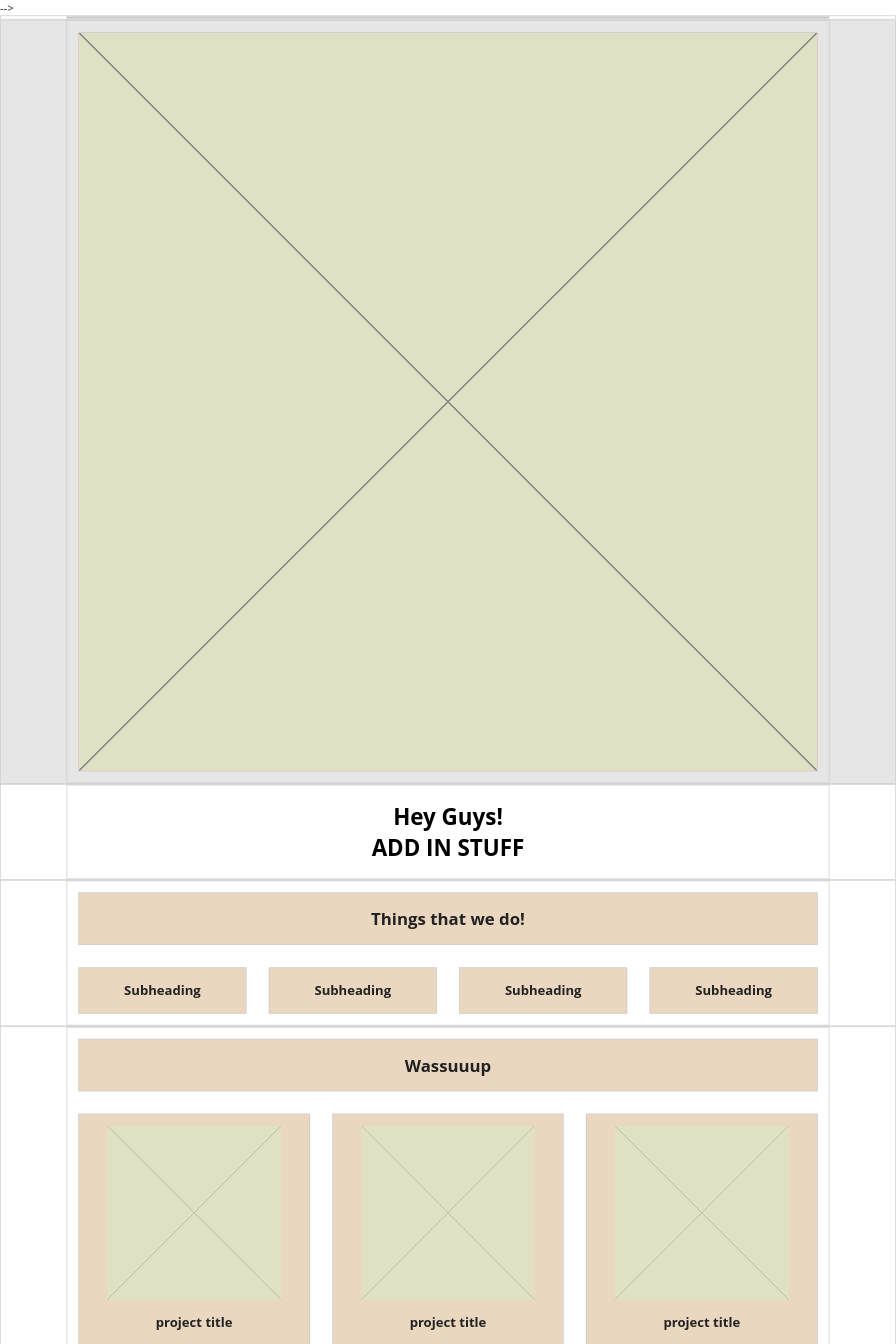
Repository: eilidhma/metrolics
Page: index.html
These files come from the project's save history. The page is drawn as it stood at one moment and after the next save; the edit follows.
The browser window is 1280 px wide. The pictures show the part of the page from y = 0 to 1920 px (the page is 3398 px tall before and 3430 px after), at 70% of full size.

Above is the page before, as saved 2021-02-02 17:53:03.

### index.html
<!doctype html>
<html class="no-js" lang="en">

<head>
  <meta charset="utf-8">
  <title>Metrolics</title>
  <meta name="description" content="">
  <meta name="viewport" content="width=device-width, initial-scale=1">

  <meta property="og:title" content="">
  <meta property="og:type" content="">
  <meta property="og:url" content="">
  <meta property="og:image" content="">

  <link rel="manifest" href="site.webmanifest">
  <link rel="apple-touch-icon" href="icon.png">
  <!-- Place favicon.ico in the root directory -->

  <link rel="stylesheet" href="css/normalize.css">
  <link rel="stylesheet" href="css/main.css">

  <meta name="theme-color" content="#fafafa">
</head>


<!-- <body class="page__home">
  <header class="page__header">
    <div class="page__title">
      <h1 class="large__headings">Metrolics</h1>
      <img src="" alt="metrolics__logo" class="header__icon">
    </div>
    <nav class="page__navigation">
      <ul class="navigation__section">
        <li class="navigation_items">
          <img src="" alt="home__icon" class="nav__icons">
          <p class="nav__titles">Home</p>
        </li>
        <li class="navigation_items">
          <img src="" alt="pages__icon" class="nav__icons">
          <p class="nav__titles">Pages</p>
        </li>
        <li class="navigation_items">
          <img src="" alt="blog__icon" class="nav__icons">
          <p class="nav__titles">Blog</p>
        </li>
        <li class="navigation_items">
          <img src="" alt="portfolio__icon" class="nav__icons">
          <p class="nav__titles">Portfolio</p>
        </li>
        <li class="navigation_items">
          <img src="" alt="mail__icon" class="nav__icons">
          <p class="nav__titles">Home</p>
        </li>
      </ul>
    </nav>
  </header>

  <section class="hero__section">
    <img src="" alt="hero__images">
    <ul class="hero__headings">
      <li>
        <div class="hero__headings__colour1"></div>
        <h2 class="medium__headings">Metro Style</h2>
      </li>
      <li>
        <div class="hero__headings__colour2"></div>
        <h2 class="medium__headings">Retina Ready</h2>
      </li>
      <li>
        <div class="hero__headings__colour3"></div>
        <h2 class="medium__headings">Responsive Design</h2>
      </li>
    </ul>
    <a class="prev" onclick="">
      <img src="" alt="previous button" class="prev__icon">
    </a>
    <a class="next" onclick="">
      <img src="" alt="next button" class="next__icon">
    </a>
  </section>

  <main class="page__main">
    <div class="page__intro">
      <div class="row">
        <h1 class="large__headings">Hey guys! This is the Metrolics theme. <br>
        It sports a responsive layout with a mobile layout.</h1>
      </div>
    </div>
    <section class="main__content__four__columns">
      <h2 class="medium__headings">Things That We Do</h2>
      <p class="main__text">Ask us what we can do for you</p>
      <div class="four__column__item">
        <img src="" alt="icon" class="four__column__icon">
        <h3 class="four__column__headers">Web Solutions</h3>
        <p class="main__text">"Lorem ipsum dolor sit amet, consectetur adipiscing elit, sed do eiusmod tempor incididunt ut labore et dolore magna aliqua. Ut enim ad minim veniam, quis nostrud exercitation ullamco laboris nisi ut aliquip ex ea commodo consequat."Lorem ipsum dolor sit amet, consectetur adipiscing elit, sed do eiusmod tempor incididunt ut labore et dolore magna aliqua. Ut enim ad minim veniam, quis nostrud exercitation ullamco laboris nisi ut aliquip ex ea commodo consequat.</p>
      </div>
      <div class="four__column__item">
        <img src="" alt="icon" class="four__column__icon">
        <h3 class="four__column__headers">Photography</h3>
        <p class="main__text">"Lorem ipsum dolor sit amet, consectetur adipiscing elit, sed do eiusmod tempor incididunt ut labore et dolore magna aliqua. Ut enim ad minim veniam, quis nostrud exercitation ullamco laboris nisi ut aliquip ex ea commodo consequat."Lorem ipsum dolor sit amet, consectetur adipiscing elit, sed do eiusmod tempor incididunt ut labore et dolore magna aliqua. Ut enim ad minim veniam, quis nostrud exercitation ullamco laboris nisi ut aliquip ex ea commodo consequat.</p>
      </div>
      <div class="four__column__item">
        <img src="" alt="icon" class="four__column__icon">
        <h3 class="four__column__headers">Web Development</h3>
        <p class="main__text">"Lorem ipsum dolor sit amet, consectetur adipiscing elit, sed do eiusmod tempor incididunt ut labore et dolore magna aliqua. Ut enim ad minim veniam, quis nostrud exercitation ullamco laboris nisi ut aliquip ex ea commodo consequat."Lorem ipsum dolor sit amet, consectetur adipiscing elit, sed do eiusmod tempor incididunt ut labore et dolore magna aliqua. Ut enim ad minim veniam, quis nostrud exercitation ullamco laboris nisi ut aliquip ex ea commodo consequat.</p>
      </div>
      <div class="four__column__item">
        <img src="" alt="icon" class="four__column__icon">
        <h3 class="four__column__headers">Web Design</h3>
        <p class="main__text">"Lorem ipsum dolor sit amet, consectetur adipiscing elit, sed do eiusmod tempor incididunt ut labore et dolore magna aliqua. Ut enim ad minim veniam, quis nostrud exercitation ullamco laboris nisi ut aliquip ex ea commodo consequat."Lorem ipsum dolor sit amet, consectetur adipiscing elit, sed do eiusmod tempor incididunt ut labore et dolore magna aliqua. Ut enim ad minim veniam, quis nostrud exercitation ullamco laboris nisi ut aliquip ex ea commodo consequat.</p>
      </div>
    </section>

    <h2 class="medium__headings">What's Up Lately?</h2>
    <p class="main__text">Read up on our latest work</p>

    <section class="main__content__three__columns">
      <div class="three__column__item">
        <img src="" alt="image" class="content__image">
        <div class="corner__content">
          <h3 class="three__column__headers">29</h3>
          <h6 class="subtext">Nov, 2013</h6>
        <div class="content__caption">
          <h3 class="content__title">Sample Image Post</h3>
          <p class="content__text">Photography</p>
        </div>
        </div>
      </div>
      <div class="three__column__item">
        <img src="" alt="image" class="content__image">
        <div class="corner__content">
          <h3 class="three__column__headers">29</h3>
          <h6 class="subtext">Nov, 2013</h6>
        </div>
        <div class="content__caption">
          <h3 class="content__title">Sample Image Post</h3>
          <p class="content__text">Photography</p>
        </div>
      </div>
      <div class="three__column__item">
        <img src="" alt="image" class="content__image">
        <div class="corner__content">
          <h3 class="three__column__headers">29</h3>
          <h6 class="subtext">Nov, 2013</h6>
        </div>
        <div class="content__caption">
          <h3 class="content__title">Sample Image Post</h3>
          <p class="content__text">Photography</p>
        </div>
      </div>
    </section>

   <hr>

    <h2 class="medium__headings">Our Latest Projects</h2>
    <p class="main__text">Client happy? We are happy</p>

    <section class="main__content__six__columns">
      <div class="six__column__item">
        <img src="" alt="image" class="content__image">
        <div class="content__caption">
          <h3 class="content__title">Sample Image Post</h3>
          <p class="content__text">Photography</p>
        </div>
      </div>
      <div class="six__column__item">
        <div class="content__caption">
          <h3 class="content__title">Sample Image Post</h3>
          <p class="content__text">Photography</p>
        </div>
      </div>
      <div class="six__column__item">
        <div class="content__caption">
          <h3 class="content__title">Sample Image Post</h3>
          <p class="content__text">Photography</p>
        </div>
      </div>
      <div class="six__column__item">
        <div class="content__caption">
          <h3 class="content__title">Sample Image Post</h3>
          <p class="content__text">Photography</p>
        </div>
      </div>
      <div class="six__column__item">
        <div class="content__caption">
          <h3 class="content__title">Sample Image Post</h3>
          <p class="content__text">Photography</p>
        </div>
      </div>
      <div class="six__column__item">
        <div class="content__caption">
          <h3 class="content__title">Sample Image Post</h3>
          <p class="content__text">Photography</p>
        </div>
      </div>
    </section>

    <h2 class="medium__headings">Thingsofabove</h2>
    <p class="main__text">Misc stuff we could not put anywhere else</p>

    <section class="detailed_content">
      <div class="menus">
        <details class="menus__items">
          <summary class="menu__titles">Sample Accordion Menu</summary>
          <img src="" alt="menu item icon" class="menu__icons">
          <h4 class="menu__content__titles">Web Solution</h4>
          <p class="menu__content__text">"Lorem ipsum dolor sit amet, consectetur adipiscing elit, sed do eiusmod tempor incididunt ut labore et dolore magna aliqua. Ut enim ad minim veniam, quis nostrud exercitation ullamco laboris nisi ut aliquip ex ea commodo consequat."Lorem ipsum dolor sit amet, consectetur adipiscing elit, sed do eiusmod tempor incididunt ut labore et dolore magna aliqua. Ut enim ad minim veniam, quis nostrud exercitation ullamco laboris nisi ut aliquip ex ea commodo consequat.</p>
        </details>
        <details class="menus__items">
          <summary class="menu__titles">Sample Accordion Menu 2</summary>
          <img src="" alt="menu item icon" class="menu__icons">
          <h4 class="menu__content__titles"></h4>
          <p class="menu__content__text"></p>
        </details>
        <details class="menus__items">
          <summary class="menu__titles">Sample Accordion Menu 3</summary>
          <img src="" alt="menu item icon" class="menu__icons">
          <h4 class="menu__content__titles"></h4>
          <p class="menu__content__text"></p>
        </details>
      </div>
      <div class="tabs">
        <nav class="tab__nav">
          <button class="tab__buttons" onclick="">Tab1</button>
          <button class="tab__buttons" onclick="">Tab2</button>
          <button class="tab__buttons" onclick="">Tab3</button>
        </nav>
        <div class="tab__content">
          <div class="tab__items">
            <img src="" alt="icon" class="tab__icons">
            <p class="tab__text">"Lorem ipsum dolor sit amet, consectetur adipiscing elit, sed do eiusmod tempor incididunt ut labore et dolore magna aliqua. Ut enim ad minim veniam, quis nostrud exercitation ullamco laboris nisi ut aliquip ex ea commodo consequat. </p>
          </div>
          <div class="tab__items">
            <img src="" alt="icon" class="tab__icons">
            <p class="tab__text">"Lorem ipsum dolor sit amet, consectetur adipiscing elit, sed do eiusmod tempor incididunt ut labore et dolore magna aliqua. Ut enim ad minim veniam, quis nostrud exercitation ullamco laboris nisi ut aliquip ex ea commodo consequat. </p>
          </div>
          <div class="tab__items">
            <img src="" alt="icon" class="tab__icons">
            <p class="tab__text">"Lorem ipsum dolor sit amet, consectetur adipiscing elit, sed do eiusmod tempor incididunt ut labore et dolore magna aliqua. Ut enim ad minim veniam, quis nostrud exercitation ullamco laboris nisi ut aliquip ex ea commodo consequat. </p>
          </div>
          <div class="tab__items">
            <img src="" alt="icon" class="tab__icons">
            <p class="tab__text">"Lorem ipsum dolor sit amet, consectetur adipiscing elit, sed do eiusmod tempor incididunt ut labore et dolore magna aliqua. Ut enim ad minim veniam, quis nostrud exercitation ullamco laboris nisi ut aliquip ex ea commodo consequat. </p>
          </div>
        </div>
      </div>
    <article class="brand_ads">
      <img src="" alt="image" class="brand__images">
      <img src="" alt="image" class="brand__images">
      <img src="" alt="image" class="brand__images">
      <img src="" alt="image" class="brand__images">
      <img src="" alt="image" class="brand__images">
    </article>
    </section>
  </main>

  <footer class="footer">
    <section class="footer__top">
      <img src="" alt="image" class="footer__top__image">
      <div>
        <h5 class="footer__top__title">Peewee Herman</h5>
        <p class="footer__top__text">Peewee has over 10 years experience in the industry. He is our Creative Director, digital designer, web designer and front-end developer. He is also pretty good with a sketch-book. Before starting the company Peewee worked as a designer and studio manager for a design house who boasted a number of big name clients.</p>
      </div>
    </section>

    <hr>

    <section class="footer__main">
      <div class="footer__main__content">
        <h3 class="content__title">About Us</h3>
        <hr>
        <p class="footer__text"></p>
        <div class="footer__icons__container">
          <img src="" alt="icon" class="footer__icons">
          <img src="" alt="icon" class="footer__icons">
          <img src="" alt="icon" class="footer__icons">
          <img src="" alt="icon" class="footer__icons">
          <img src="" alt="icon" class="footer__icons">
        </div>
      </div>
      <div class="footer__main__content">
        <h3 class="content__title">Flickr Photos</h3>
        <hr>
        <div class="footer__images__container">
          <img src="" alt="image" class="footer__images">
          <img src="" alt="image" class="footer__images">
          <img src="" alt="image" class="footer__images">
          <img src="" alt="image" class="footer__images">
          <img src="" alt="image" class="footer__images">
          <img src="" alt="image" class="footer__images">
        </div>
      </div>
      <div class="footer__main__content">
        <h3 class="content__title">Recent Tweets</h3>
        <hr>
        <div class="footer__sub__content">
          <img src="" alt="icon" class="footer__sub__content__icons">
          <p class="footer__text"></p>
        </div>
      </div>
      <div class="footer__main__content">
        <h3 class="content__title">Newsletter</h3>
        <hr>
        <p class="footer__text"></p>
        <div class="email">
          <input type="email" class="email__input">
          <button class="email__send"></button>
        </div>
      </div>
    </section>

    <section class="footer__bottom">
      <div class="footer__bottom__item"></div>
      <div class="footer__bottom__item"></div>
      <div class="footer__bottom__item"></div>
      <div class="footer__bottom__item"></div>
      <div class="footer__bottom__item"></div>
    </section>
  </footer>

  <script src="js/vendor/modernizr-3.11.2.min.js"></script>
  <script src="js/plugins.js"></script>
  <script src="js/main.js"></script>-->

  <!-- Google Analytics: change UA-XXXXX-Y to be your site's ID.  -->
  <script>
    window.ga = function () { ga.q.push(arguments) }; ga.q = []; ga.l = +new Date;
    ga('create', 'UA-XXXXX-Y', 'auto'); ga('set', 'anonymizeIp', true); ga('set', 'transport', 'beacon'); ga('send', 'pageview')
  </script>
  <script src="https://www.google-analytics.com/analytics.js" async></script>
</body>   -->

<body class="page page-home">
  <header class="page__header">
    <div class="row">
      <div></div>
    </div>
  </header>

  <div class="page__slider">
    <div class="row">
      <div class="column">
        <img src="img/placeholder.svg" alt="slider placeholder">
      </div>
    </div>
  </div>

  <div class="page__intro">
    <div class="row">
      <h1 class="heading">
      Hey Guys! <br>
      ADD IN STUFF
      </h1>
    </div>
  </div>

  <section class="about">
    <div class="row l-col-4">
      <div class="column span-full">
        <h2 class="heading">
          Things that we do!
        </h2>
      </div>
      <div class="column">
        <h3 class="heading">Subheading</h3>
      </div>
      <div class="column">
        <h3 class="heading">Subheading</h3>
      </div>
      <div class="column">
        <h3 class="heading">Subheading</h3>
      </div>
      <div class="column">
        <h3 class="heading">Subheading</h3>
      </div>
    </div>
  </section>

  <section class="projects--new">
    <div class="row m-col-2 l-col-3">
      <div class="column span-full">
        <h2 class="heading">
          Wassuuup
        </h2>
      </div>
      <div class="column special-project">
        <figure class="project">
          <img src="img/placeholder.svg" alt="placeholder">
          <figcaption class="project__caption">
            <h3 class="heading">project title</h3>
          </figcaption>
        </figure>
      </div>
      <div class="column">
        <figure class="project">
          <img src="img/placeholder.svg" alt="placeholder">
          <figcaption class="project__caption">
            <h3 class="heading">project title</h3>
          </figcaption>
        </figure>
      </div>
      <div class="column">
        <figure class="project">
          <img src="img/placeholder.svg" alt="placeholder">
          <figcaption class="project__caption">
            <h3 class="heading">project title</h3>
          </figcaption>
        </figure>
      </div> <!-- project column ends here -->
    </div>
  </section> <!-- projects-new ends here -->

  <section class="projects">
    <div class="row m-col-2 l-col-3">
      <div class="column span-full">
        <h2 class="heading">
          Wassuuup
        </h2>
      </div>
      <div class="column">
        <figure class="project">
          <img src="img/placeholder.svg" alt="placeholder">
          <figcaption class="project__caption">
            <h3 class="heading">project title</h3>
          </figcaption>
        </figure>
      </div>
      <div class="column">
        <figure class="project">
          <img src="img/placeholder.svg" alt="placeholder">
          <figcaption class="project__caption">
            <h3 class="heading">project title</h3>
          </figcaption>
        </figure>
      </div>
      <div class="column">
        <figure class="project">
          <img src="img/placeholder.svg" alt="placeholder">
          <figcaption class="project__caption">
            <h3 class="heading">project title</h3>
          </figcaption>
        </figure>
      </div>
      <div class="column">
        <figure class="project">
          <img src="img/placeholder.svg" alt="placeholder">
          <figcaption class="project__caption">
            <h3 class="heading">project title</h3>
          </figcaption>
        </figure>
      </div>
      <div class="column">
        <figure class="project">
          <img src="img/placeholder.svg" alt="placeholder">
          <figcaption class="project__caption">
            <h3 class="heading">project title</h3>
          </figcaption>
        </figure>
      </div>
      <div class="column">
        <figure class="project">
          <img src="img/placeholder.svg" alt="placeholder">
          <figcaption class="project__caption">
            <h3 class="heading">project title</h3>
          </figcaption>
        </figure>
      </div>
    </div>
  </section> <!-- projects-new ends here -->

  <section class="thingsofabove">
    <div class="row l-col-2">
      <div class="column span-full">
        <h2 class="heading">
          Things of above
        </h2>
      </div>
      <div class="column">
        <p>GUI element here</p>
      </div>
      <div class="column">
        <p>GUI element here</p>
      </div>
    </div>
  </section>

  <div class="sponsors">
    <div class="row m-col-5">
      <div class="column">
        <img src="img/placeholder.svg" alt="sponsor placeholder">
      </div>
      <div class="column">
        <img src="img/placeholder.svg" alt="sponsor placeholder">
      </div>
      <div class="column">
        <img src="img/placeholder.svg" alt="sponsor placeholder">
      </div>
      <div class="column">
        <img src="img/placeholder.svg" alt="sponsor placeholder">
      </div>
      <div class="column">
        <img src="img/placeholder.svg" alt="sponsor placeholder">
      </div>
    </div>
  </div>

  <footer class="page__footer">
    <div class="row m-col-2 l-col-4">
      <div class="page__footer__intro column span-full">
        <h3 class="heading">
          Peeww Herman intro
        </h3>
      </div>
      <div class="column">
        <h4 class="heading">
          footer subheading
        </h4>
      </div>
      <div class="column">
        <h4 class="heading">
          footer subheading
        </h4>
      </div>
      <div class="column">
        <h4 class="heading">
          footer subheading
        </h4>
      </div>
      <div class="column">
        <h4 class="heading">
          footer subheading
        </h4>
      </div>
    </div>
  </footer>

  <script src="js/vendor/modernizr-3.11.2.min.js"></script>
  <script src="js/plugins.js"></script>
  <script src="js/main.js"></script>

  <!-- Google Analytics: change UA-XXXXX-Y to be your site's ID. -->
  <script>
    window.ga = function () { ga.q.push(arguments) }; ga.q = []; ga.l = +new Date;
    ga('create', 'UA-XXXXX-Y', 'auto'); ga('set', 'anonymizeIp', true); ga('set', 'transport', 'beacon'); ga('send', 'pageview')
  </script>
  <script src="https://www.google-analytics.com/analytics.js" async></script>

</body>


</html>

Loaded but not shown: css/normalize.css (library); js/vendor/modernizr-3.11.2.min.js (library); js/plugins.js (24 lines, source omitted); css/main.css (367 lines, source omitted); js/main.js (no copy from this time; the picture is the same without it)

After the next save:
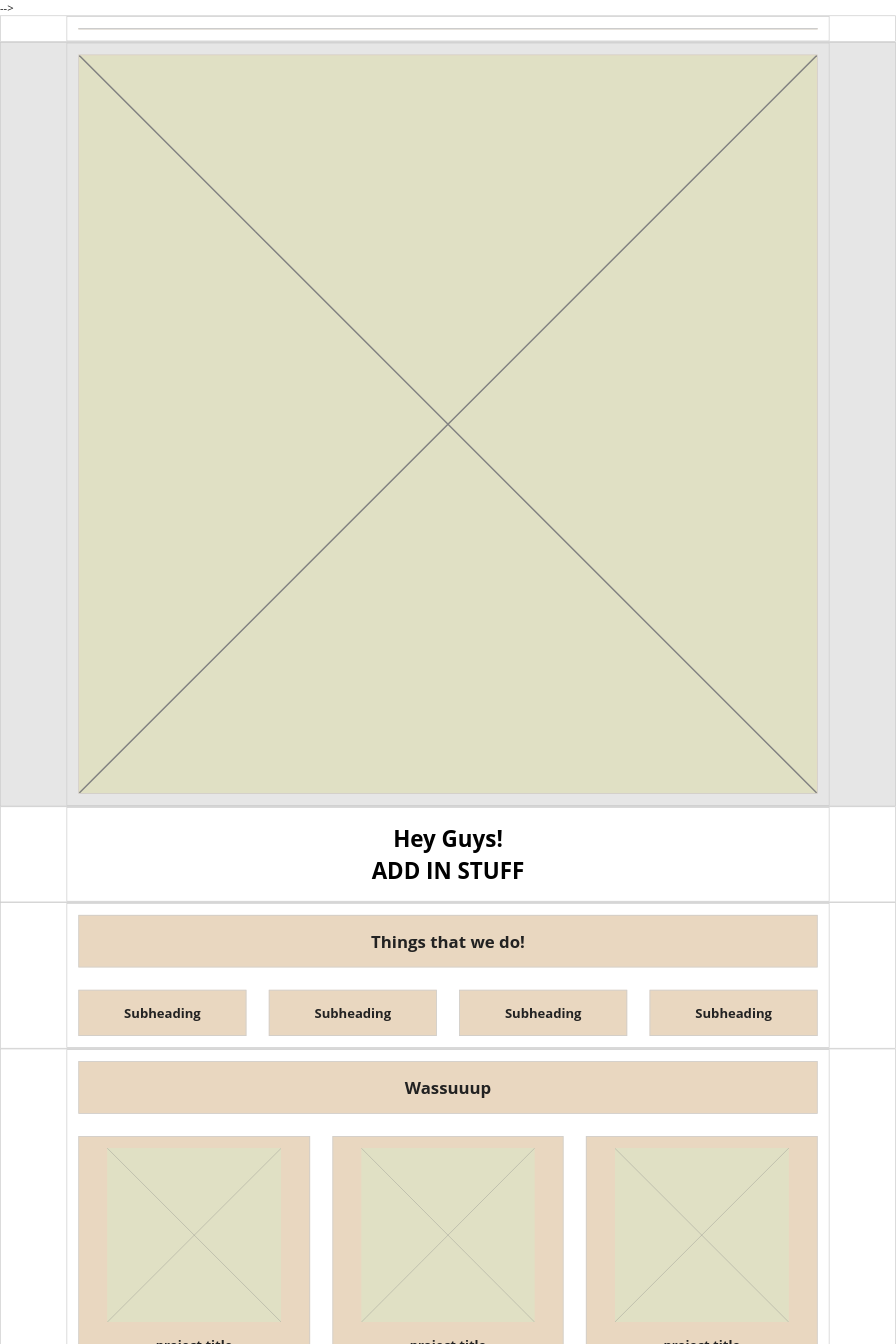
Saved 4 s later.
--- a/index.html
+++ b/index.html
@@ -333,7 +333,7 @@
 <body class="page page-home">
   <header class="page__header">
     <div class="row">
-      <div></div>
+      <div class="column"></div>
     </div>
   </header>
 
